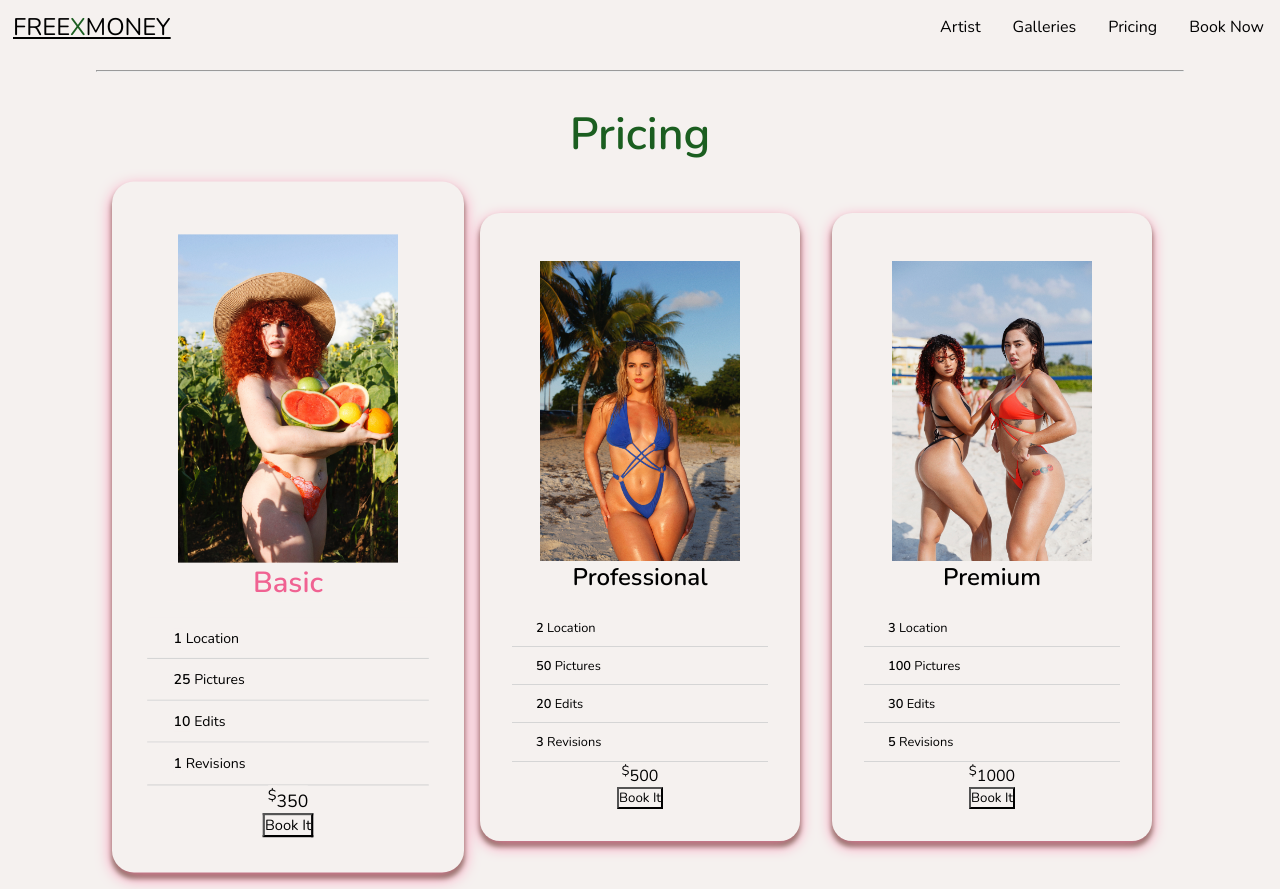
Repository: burntaftermint/freexmoney-draft
Page: price.html
The author's editor kept a copy of each file at every save. The page is drawn from the files as they stood at one save, then again after the next save.
The browser window is 1280 px wide. The pictures show the whole page.
The pointer rests on the first visible `.card-detail >p`.
Some web fonts or font styles are not loaded; a fallback is used.

Above is the page before, as saved 2024-06-11 02:03:49.

### price.html
<!DOCTYPE html>
<html lang="en">
<head>
    <meta charset="UTF-8">
    <meta http-equiv="X-UA-Compatible" content="IE=edge">
    <meta name="viewport" content="width=device-width, initial-scale=1.0">
    <script src="script.js" defer></script>
    <title>FREEXMONEY</title>
    <link rel="preconnect" href="https://fonts.googleapis.com">
    <link rel="preconnect" href="https://fonts.gstatic.com" crossorigin>
    <link href="https://fonts.googleapis.com/css2?family=Architects+Daughter&family=Kumbh+Sans:wght@400;700&family=Montserrat:ital,wght@0,100;0,200;0,300;0,400;0,500;0,600;0,700;0,800;0,900;1,100;1,200;1,300;1,400;1,500;1,600;1,700;1,800;1,900&family=Nunito:wght@300;400;500;600&family=Roboto:wght@300&family=Rubik:wght@400;500;600;700;800&family=Yantramanav:wght@500&display=swap" rel="stylesheet">
    <link rel="stylesheet" type="text/css" href="style.css">
</head>
<body>
    <nav class="navbar">
        <div class="nav-title">
            <a href="index.html">FREE<span>X</span>MONEY</a>
        </div>
        <a href="#" class="toggle-button">
            <span class="bar"></span>
            <span class="bar"></span>
            <span class="bar"></span>
        </a>
        <div class="navbar-links">
            <ul>
                <li><a href="artist.html">Artist</a></li>
                <li><a href="gallery.html">Galleries</a></li>
                <li><a href="pricing.html">Pricing</a></li>
                <li><a href="home.html">Book Now</a></li>
            </ul>
        </div>
    </nav>
    <hr>
    <h1 class="galleryh1">Pricing</h1>
    <section class="pricing">
        <div class="card-wrapper">
            <!-- card header -->
            <div class="card-header">
                <img src="images/2.JPG" alt="basic">
                <h2>Basic</h2>
            </div>
            <!-- card detail -->
            <div class="card-detail">
                <p><b>1</b> Location </p>
                <p><b>25</b> Pictures </p>
                <p><b>10</b> Edits </p>
                <p><b>1</b> Revisions </p>

            </div>
            <!-- card price -->
            <div class="card-price">
                <p><sup>$</sup>350</p>
            </div>
            <!-- button -->
            <button class="card-button">Book It</button>
        </div>

        <div class="card-wrapper">
            <!-- card header -->
            <div class="card-header">
                <img src="images/4.JPG" alt="basic">
                <h2>Professional</h2>
            </div>
            <!-- card detail -->
            <div class="card-detail">
                <p><b>2</b> Location </p>
                <p><b>50</b> Pictures </p>
                <p><b>20</b> Edits </p>
                <p><b>3</b> Revisions </p>

            </div>
            <!-- card price -->
            <div class="card-price">
                <p><sup>$</sup>500</p>
            </div>
            <!-- button -->
            <button class="card-button">Book It</button>
        </div>

        <div class="card-wrapper">
            <!-- card header -->
            <div class="card-header">
                <img src="images/11.JPG" alt="basic">
                <h2>Premium</h2>
            </div>
            <!-- card detail -->
            <div class="card-detail">
                <p><b>3</b> Location </p>
                <p><b>100</b> Pictures </p>
                <p><b>30</b> Edits </p>
                <p><b>5</b> Revisions </p>

            </div>
            <!-- card price -->
            <div class="card-price">
                <p><sup>$</sup>1000</p>
            </div>
            <!-- button -->
            <button class="card-button">Book It</button>
        </div>

    </section>

</body>
</html>

### style.css

* {
    margin: 0;
    padding: 0;
    box-sizing: border-box;
    font-family: 'Nunito', sans-serif;
    background-color: #f5f1ef;
}

.container {
    display: flex;
    flex-direction: column;
    justify-content: center;
    align-items: center;
    text-align: center;
    margin: 15px 20px 0 20px;
}

.social-links img {
    width: 50px;

    margin: 20px;
    cursor: pointer;
}

.social-links {
    text-align: center;
}

hr {
    margin: 1rem 6rem 0 6rem;
}


.container .heading {
    width: 50%;
    padding-bottom: 20px;
}

.container .heading h3 {
    font-size: 3em;
    font-weight: 400;
    border-bottom: 3px solid #1b5e20;

}

.container .heading h3 span {
    color: #1b5e20;
    font-weight: 600;
}

.container .box {
    display: flex;
    flex-direction: row;
    justify-content: space-between;

}

.container .box .row1 {
    display: flex;
    flex-direction: column;
    width: 32.5%;
}

.container .box .row1 img {
    width: 100%;
    padding-bottom: 10px;
    animation: fadeInUp 2s ease;
}

.container .box .row1 img:hover{
    opacity: 0.5;
    transition: 0.2s ease;

}

.container .btn {
    margin: 40px 0 70px 0;
    background: #1b5e20;
    padding: 15px 40px ;
    border-radius: 5px;
}


.container .btn a {
    text-decoration: none;
    background-color: transparent;
    color: #f5f5f5;
    font-weight: bolder;
    letter-spacing: 1px;
}

.container .heading a {
    text-decoration: none;
    color: black;
}
.container .heading a:hover {

    color: #f06292;
}

.container .btn a:hover {
    text-decoration: none;
    background-color: transparent;
    color: #f06292;
    font-weight: bolder;

}

/* gallery css */
.gallery-container {
    width: 100%;
    min-height: 100vh;
    display: flex;
    justify-content: center;
    align-items: center;
    padding: 0px 90px;
}

.gallery-content-section {
    display: flex;
    justify-content: center;
    align-items: center;
    text-align: center;
    animation: fadeInRight 2s ease;
}

.gallery-content-section .gallery-card {
    flex: 1;
    margin: 20px 20px;
    box-shadow: 0px 2px 8px 0px rgba(0,0,0,0.2);
    border-radius: 20px;
    box-shadow: 0 5px 14px #fa7fa8, 0 5px 5px #1b5e20;
}

.gallery-content-section .gallery-card:hover {
    transform: scale(1.2);
    cursor: pointer;
}

.gallery-content-section .gallery-card img {
    width: 100%;
    height: auto;
    border-radius: 5px;
}

.gallery-content-section .gallery-card h2 {
    margin: 15px 0px;
    font-size: 28px;
    color: #f06292;
}

.gallery-content-section .gallery-card p {
    font-size: 16px;
    line-height: 1.5;
    padding: 0px 10px;
    margin-bottom: 20px;
}

.galleryh1 {
    text-align: center;
    font-size: 45px;
    color: #1b5e20;
    margin-top: 2rem;
}

/* home css */

.hero {
    background-color: #f5f1ef;
    overflow: hidden;
}

.home-heading h1 {
    color: #1b5e20;
    font-size: 55px;
    text-align: center;
    margin-top: 35px;
    margin-bottom: -30px;
}

.hero-content p {
    font-size: 24px;
    line-height: 1.5;
    margin-bottom: 40px;
    color: rgb(39, 39, 39);
}

.hero-btn {
    display: inline-block;
    background-color: #1b5e20;
    margin-top: -20px;
    padding: 12px 24px;
    border-radius: 5px;
    font-size: 20px;
    border: none;
    cursor: pointer;
    transition: 0.3s ease;
    font-weight: bolder;
    letter-spacing: 1px;
}
.hero-btn a {

    text-decoration: none;
    background-color: transparent;
    color: #f5f5f5;
}
.hero-btn a:hover {

    color: #f06292;
}
.container_home {
    display: flex;
    justify-content: center;
    align-items: center;
    width: 90%;
    margin: 65px auto;
}
.hero-content {
    flex: 1;
    width: 600px;
    margin: 0px 25px;
    animation: fadeInUp 2s ease;
}
.hero-image {
    flex: 1;
    width: 600px;
    margin: auto;
    animation: fadeInRight 2s ease;
}

.hero-content h2 {
    color: #f06292;
    font-size: 38px;
    margin-bottom: 10px;
}

.hero img {
width: 100%;
height: auto;
border-radius: 10px;
}

/* navbar css */
.navbar {
    display: flex;
    justify-content: space-between;
    align-items: center;
    background-color: #f5f1ef;


}

.nav-title {
    background-color: transparent;
    text-decoration: underline;
}
.nav-title a{
    color: black;

}
.nav-title a:hover{
    color: #f06292;
}
.nav-title span{
    background-color: transparent;
    color: #1b5e20;
}

.navbar-links ul {
    margin: 0;
    padding: 0;
    display: flex;
}

.navbar-links li {
    list-style: none;

}

.navbar-links li a {
    text-decoration: none;
    color: black;
    padding: 1rem;
    display: block;



}

.navbar-links li a:hover{
    color: #f06292;
}
.nav-title {
    font-size: 1.5rem;
    margin: .5rem;
    padding-left: 5px;

}

.toggle-button {
    position: absolute;
    top: .75rem;
    right: 1rem;
    display: none;
    flex-direction: column;
    justify-content: space-between;
    width: 30px;
    height: 21px;
}

.toggle-button .bar {
    height: 3px;
    width: 100%;
    background-color: black;
    border-radius: 10px;
}

/* Pricing css */

.pricing {
    display: flex;
    justify-content: center;
    flex-wrap: wrap;
    width: 100%;
    padding: 2rem;
}

.card-header >img {
    width: 200px;
    display: block;
    margin: 0 auto;
}

.card-wrapper {
    display: flex;
    flex-direction: column;
    align-items: center;
    justify-content: center;
    width: 320px;
    height: auto;

    border-radius: 20px;
    box-shadow: 0 5px 14px #fa7fa8, 0 5px 5px #1b5e20;
    padding: 2rem;
    margin: 1rem;
    transition: all 0.2 ease-in;
}

.card-wrapper:hover {
    transform: scale(1.1);

}

.card-wrapper:hover .card-header> h2{
    transform: scale(1.1);
    color: #f06292;
    letter-spacing: 2;
}
.card-header {
    margin: 1rem;
    text-align: center;

}

.card-detail {
    width: 100%;
}

.card-detail > p {
    padding: 0.6rem 1.5rem;
    font-size: 0.8rem;
    border-bottom: 1px solid #d5d5d5;
}






.pricing-card li {
    background-color: #fa7fa8;
}
.pricing-card strong {
    background-color: #fa7fa8;
}
.pricing-card sup {
    background-color: #fa7fa8;
}

.price {
    background-color: #fa7fa8;
    font-size: 70px;
    color: #f5f1ef;
    margin: 40px 0;
    transition: .2s linear;
}

.price sup, .price span {
    font-size: 22px;
    font-weight: 700;
}









@media only screen and (max-width: 1000px) {
    .gallery-content-section {
        flex-direction: column;
    }

    .pricing-card {
        flex: 50%;

    }

    .pricing-card-header {
        font-size: 10.5px;
    }

    .price {
        font-size: 45px;
    }

    .pricing-card li {
        font-size: 15px;
    }



}




@media only screen and (max-width: 769px) {
    .container .box {
        flex-direction: column;
    }
    .container .box .row1 {
        width: 100%;
    }
    .home-heading h1 {
        font-size: 45px;
        margin-top: 30px;
    }

    .hero {
        margin: 0px;

    }
    .container_home {
        width: 100%;
        flex-direction: column;
        margin: 0px;
        padding: 0px 40px;

    }
    .hero-content {
        width: 100%;
        margin: 35px 0px;
    }
    .hero-content h2 {
        font-size: 30px;

    }
    .hero-content p {
        font-size: 18px;
        margin-bottom: 20px;
    }
    .hero-btn {
        font-size: 16px;
        padding: 8px 16px;

    }
    .hero-image {
        width: 100%;
    }

    .pricing-card {
        flex: 50%;

    }

    .pricing-card-header {
        font-size: 6px;
    }

    .price {
        font-size: 35px;
    }

    .pricing-card li {
        font-size: 15px;
    }


}






@media only screen and (max-width: 718px) {
    .container .heading {
        width: 100%;

    }

    .container .heading h3 {
        font-size: 2.5em;


    }
}

@media only screen and (max-width: 549px) {
    .toggle-button {
        display: flex;

    }
    .navbar-links {
        display: none;
        width: 100%;

    }
    .navbar {
        flex-direction: column;
        align-items: flex-start;
    }

    .navbar-links ul {
        width: 100%;
        flex-direction: column;
    }

    .navbar-links li {
        text-align: center;
    }

    .navbar-links li a {
        padding: .3rem .7rem;
    }

    .navbar-links.active {
        display: flex;
    }
}

@media only screen and (max-width: 510px) {
    .gallery-card {
        width: 150%;

    }
}

@media only screen and (max-width: 400px) {
    .pricingh1 {
        margin-bottom: -175px;
    }
}

@keyframes fadeInUp {
    0% {
        opacity: 0;
        transform: translateY(50px);
    }
    100% {
        opacity: 1;
        transform: translateY(0px);
    }
}


@keyframes fadeInRight {
    0% {
        opacity: 0;
        transform: translateX(-50px);
    }
    100% {
        opacity: 1;
        transform: translateX(0px);
    }
}

Loaded but not shown: script.js (common file)

After the next save:
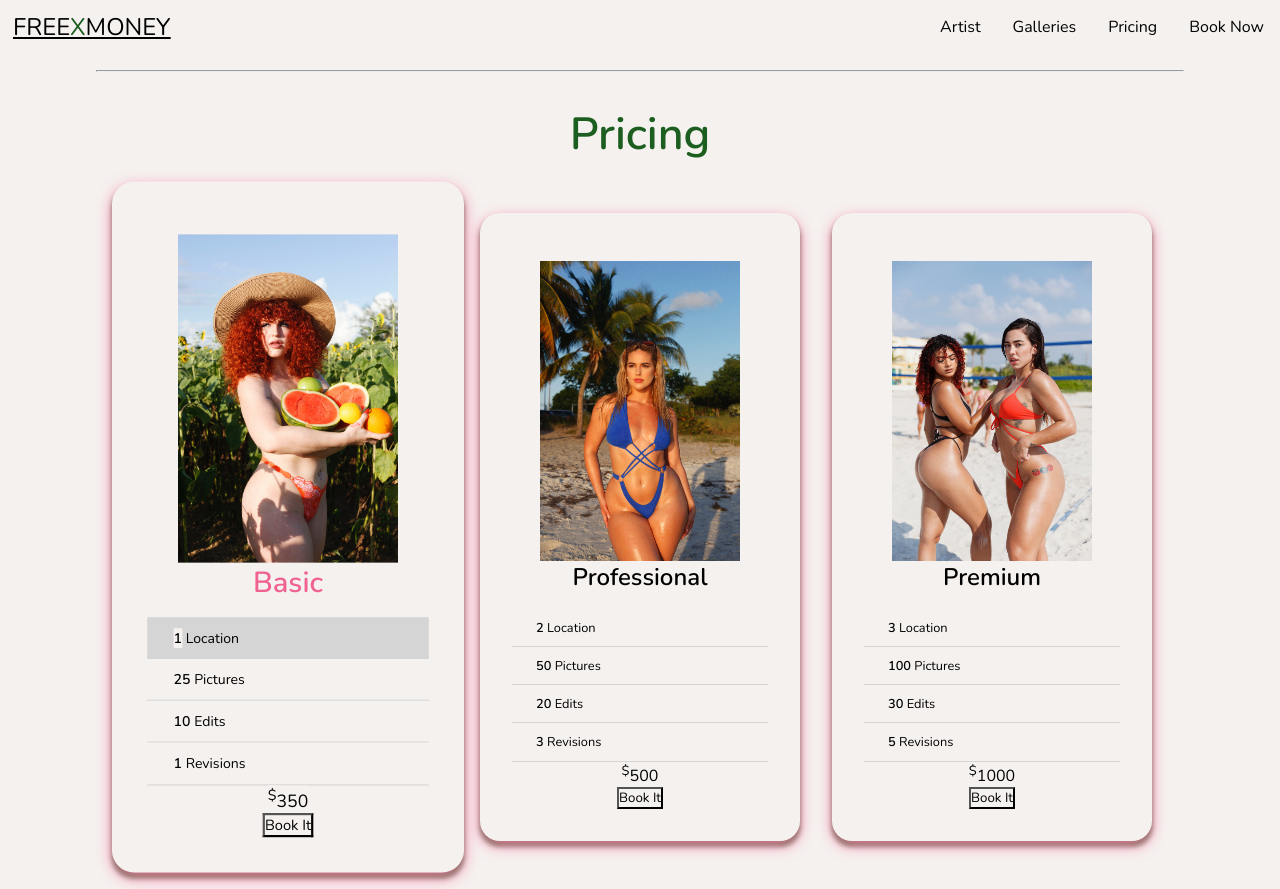
Saved 81 s later.
--- a/style.css
+++ b/style.css
@@ -373,6 +373,10 @@
     border-bottom: 1px solid #d5d5d5;
 }
 
+.card-detail >p:hover {
+    background-color: #d5d5d5;
+}
+
 
 
 

After the 2 saves that followed:
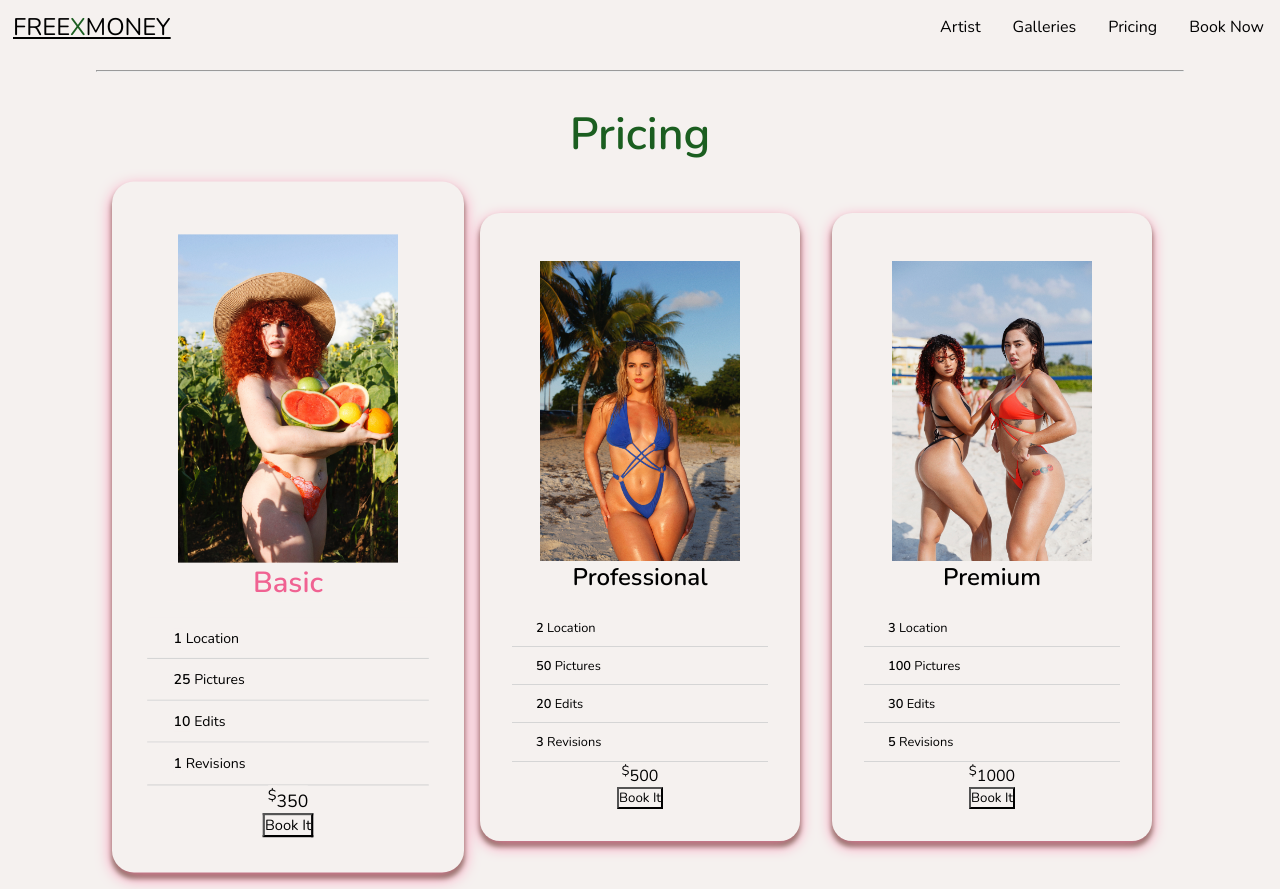
The 2 saves are shown as one change because 1 left the picture as it was.
The last was saved 2 min 42 s later.
--- a/style.css
+++ b/style.css
@@ -373,9 +373,7 @@
     border-bottom: 1px solid #d5d5d5;
 }
 
-.card-detail >p:hover {
-    background-color: #d5d5d5;
-}
+
 
 
 
